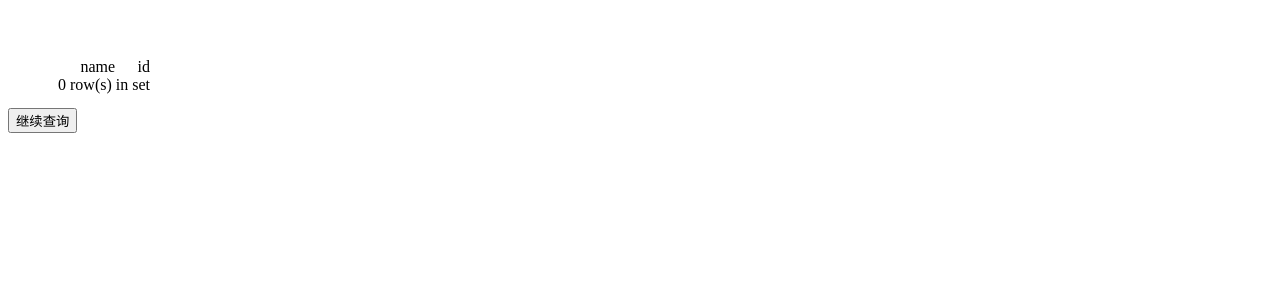
Repository: Matty-GCU/MyEclipse
Page: http://localhost/Java_Web_Learning/chapter06_JSP&JDBC/homework/select.jsp
The author's editor kept a copy of each file at every save. The page is drawn from the files as they stood at one save, then again after the next save.
The browser window is 1280 px wide. The pictures show the whole page.
The page is served by Tomcat 9. Queries for data that is not in the repository find no rows.

Above is the page before, as saved 2021-10-16 18:12:17.

After the next save:
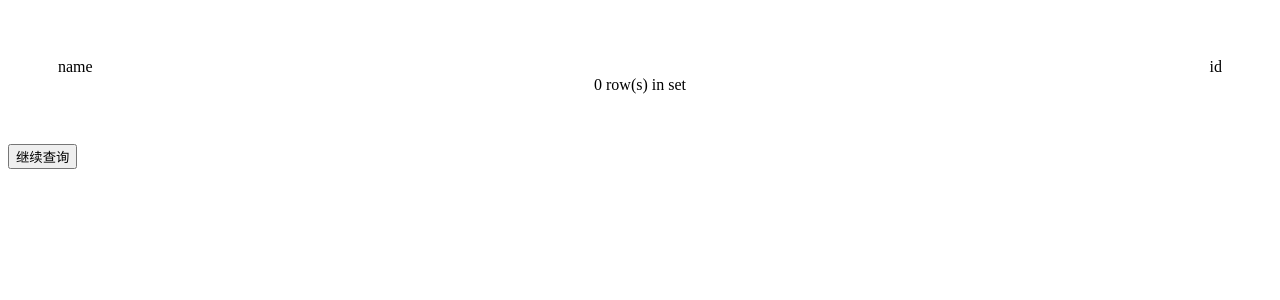
Saved 8 s later.
--- a/Java_Web_Learning/WebRoot/chapter06_JSP&JDBC/homework/select.jsp
+++ b/Java_Web_Learning/WebRoot/chapter06_JSP&JDBC/homework/select.jsp
@@ -45,7 +45,7 @@
 					conn.close();
 				}
 				String str = "";
-				str += "<span class=\"left_span\"><span class=\"span1\">name</span>";
+				str += "<span class=\"left_span\"><span class=\"span1\">name</span></span>";
 				str += "<span class=\"right_span\">id</span>";
 				str += "<br>";
 				int count = 0;
